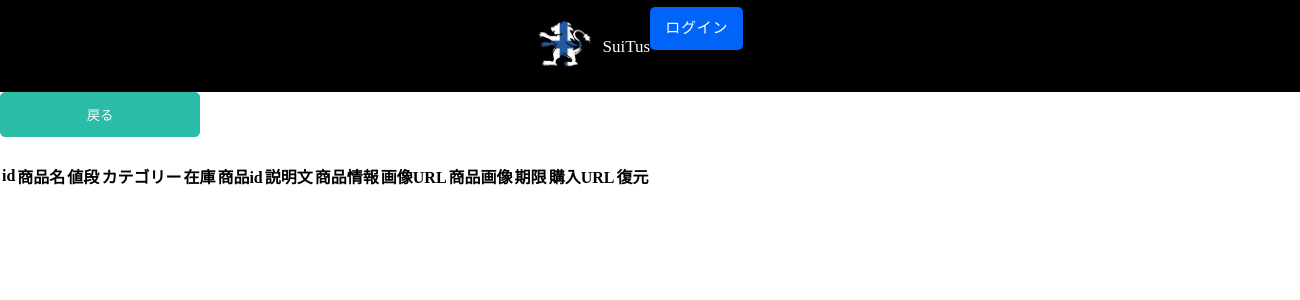
Repository: shun3641/springPortfolio
Page: http://localhost/admin/restorelist
The author's editor kept a copy of each file at every save. The page is drawn from the files as they stood at one save, then again after the next save.
The browser window is 1280 px wide. The page is 1300 px wide, so the pictures cover 1300 px, including what lies to the right of the window. The pictures show the whole page.
The page is this project's Thymeleaf template; nobody is signed in. The template is opened directly, without the code that normally fills it, so the values that code supplies are empty.

Above is the page before, as saved 2025-11-12 05:47:15.

After the next save:
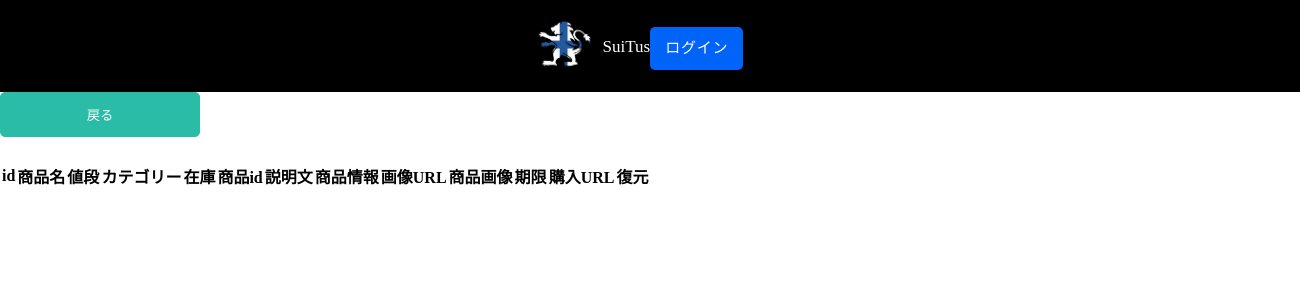
Saved 45 s later.
--- a/Suitus 田中駿吾 ポートフォリオ/Suitus/src/main/resources/static/admin/css/application.css
+++ b/Suitus 田中駿吾 ポートフォリオ/Suitus/src/main/resources/static/admin/css/application.css
@@ -23,6 +23,14 @@ h1 > a {
 	margin-top: -20px;
 	justify-content: center;
 	width: 100%;
+}
+
+#header-navigation ul {
+	display: flex;
+	list-style: none;
+	gap: 24px;
+	padding-top: 5px;
+	margin-top: 20px;
 }
 ul.list-group {
 	padding: 0;
